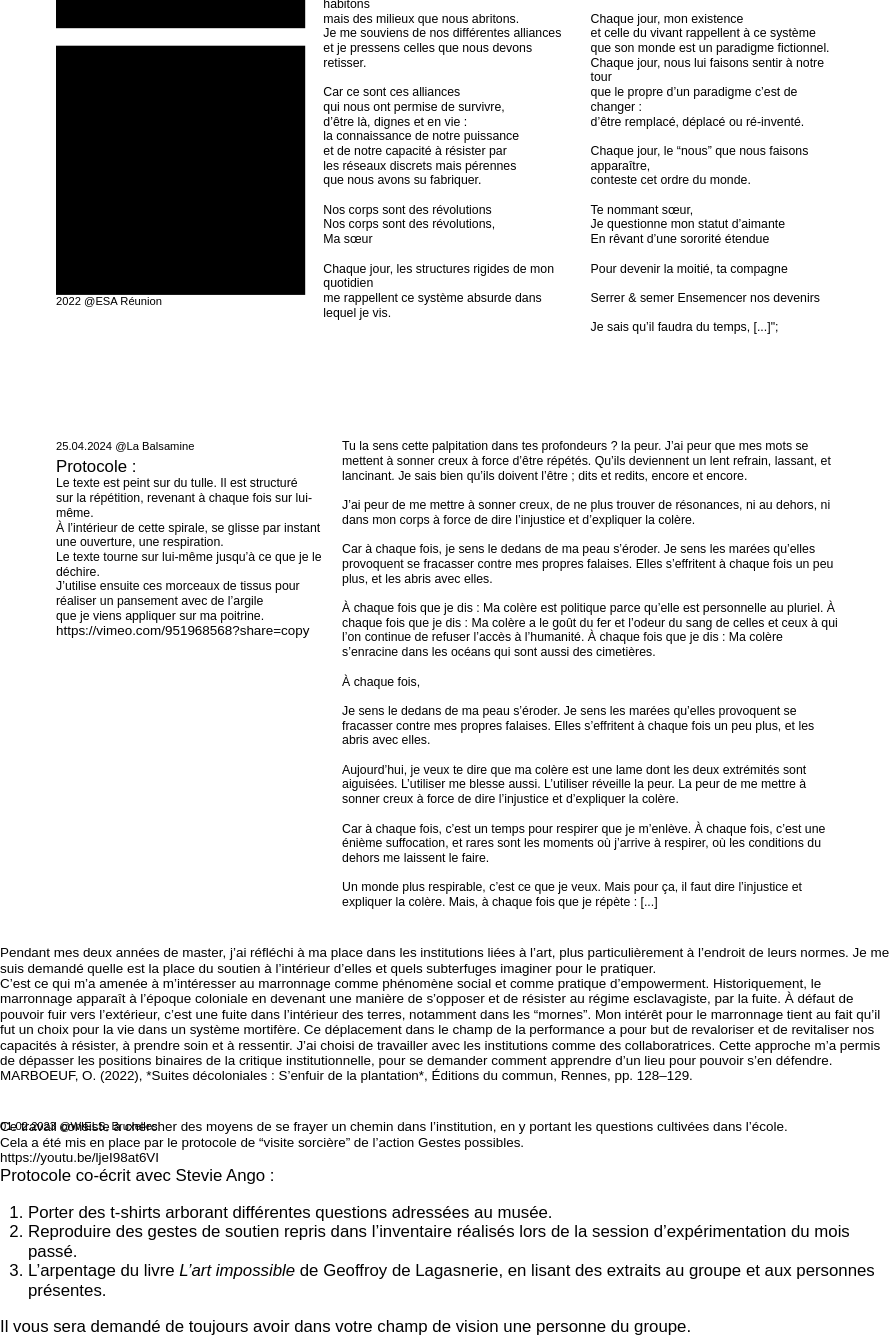
Repository: brunrhb/oce-p
Page: index.html
An editor plug-in stored every save of this project. The page is shown before and after a run of saves, followed by the edit.
The browser window is 1280 px wide. The pictures show the part of the page from y = 1186 to 3106 px (the page is 3951 px tall), at 70% of full size.

Above is the page before, as saved 2025-06-09 22:02:40.

### index.html
<!DOCTYPE html>
<html lang="fr">
<head>
  <meta charset="UTF-8">
  <meta name="viewport" content="width=device-width, initial-scale=1.0">
  <title>Grid 3 colonnes avec placeholders</title>
  <link rel="stylesheet" href="styles.css">
  <script defer src="content.js"></script>
</head>
<body>

<div class="allproject">

<section PROJET 1 LIASONS VEGETALES>

  <div class="p1">
    <div class="grid-p1s1" id="partie1">

<div class="col-p1s1-1">
  <div class="media-block-p1s1">
    <div class="placeholder-p1s1"></div>
    <p class="credit" data-content="p1s1-credit1"></p>
  </div>

  <div class="media-block-p1s1">
    <div class="placeholder-p1s1"></div>
    <p class="credit" data-content="p1s1-credit2"></p>
  </div>
</div>

    <div class="col-p1s1-2">
      <div class="media-block-p1s1">
        <div class="placeholder-p1s1"></div>
        <p class="credit" data-content="p1s1-credit3"></p>
      </div>
      <div class="media-block-p1s1">
        <div class="placeholder-p1s1"></div>
        <p class="credit" data-content="p1s1-credit4"></p>
      </div>
    </div>

    <div class="col-p1s1-3">
      <div class="media-block-p1s1">
        <div class="placeholder-p1s1"></div>
        <p class="credit" data-content="p1s1-credit5"></p>
      </div>
     <div class="text-block-p1s1">
       <p class="protocole-titre" data-content="p1s1-protocole-titre"></p>
       <p class="protocole-corps" data-content="p1s1-protocole-corps"></p>
    </div>

  </div>

    </div>
    <div class="grid-p1s2" id="partie2">

  <div class="col-p1s2-1">
    <div class="media-block-p1s2-1">
    <div class="placeholder-p1s1"></div>
      <div class="media-block-p1s2-2">
      <div class="placeholder-p1s1"></div>
      <p class="credit" data-content="p1s2-credit"></p>
    </div>
    </div>
  </div>

  <div class="col-p1s2-2">
      <div class="text-block-p1s2">
        <p class="extrait" data-content="p1s2-extrait1"></p>
      </div>
  </div>

  <div class="col-p1s2-3">
      <div class="text-block-p1s2">
        <p class="extrait" data-content="p1s2-extrait2"></p>
      </div>

  </div>



    </div>
  </div>

</section>

<section PROJET 2 PAENSER>

  <div class="p2">
    <div class="grid-p2">

       <div class="col-p2-1">
        <div class="media-block-p2">
          <div class="placeholder-p2"></div>
          <div class="credit" data-content="p2-credit"></div>
        </div>
        <div class="text-block-p2">
          <div class="protocole-titre" data-content="p2-protocole-titre"> </div>
          <div class="protocole-corps" data-content="p2-protocole-corps"> </div>
          <div class="lien" data-content="p2-lien"> </div>
        </div>
       </div>

       <div class="col-p2-2">
          <div class="extrait" data-content="p2-extrait"></div>
       </div>



    </div>
  </div>

</section>

<section RPOJET 3 DES NORMES AUX MORNES : MARRONNER EN SOI>

  <div class="p3">
    <div class="grid-p3">
      <div class="col-p3-1">
        <div class="text-block-p3-1">
          <div class="intro" data-content="p3-intro"></div>
          <div class="autre-corps" data-content="p3-autre-corps-1"> </div>
          <div class="biblio" data-content="p3-biblio"> </div>
        </div>
      </div>

      <div class="col-p3-2">
        <div class="text-block-p3-2">
          <div class="autre-corps" data-content="p3-autre-corps-1"> </div>
          <div class="media-block-p3">
            <div class="placeholder-p3"></div>
            <div class="placeholder-p3"></div>
          </div>

        </div>
      </div>

    </div>
  </div>



</section>

<section PROJET 4 GESTES POSSIBLEs>

<div class="p4">

<div class="grid-p4">

  <div class="col-p4-1">
    <div class="media-block-p4-1">
      <div class="credit" data-content="p4-credit"></div>
      <div class="placeholder-p4-1"></div>
    </div>
  </div>


  <div class="col-p4-2">
    <div class="placeholder-p4-2"></div>
    <div class="text-block-p4-1">
      <div class="intro" data-content="p4-intro"></div>
      <div class="autre-corps" data-content="p4-autre-corps-1"></div>
      <div class="lien" data-content="p4-lien"></div>
    </div>

  </div>


  <div class="col-p4-3">
    <div class="text-block-p4-2">
      <div class="protocole-titre" data-content="p4-protocole-titre"></div>
    </div>
  </div>

</div>

</div>

</section>

<section PROJET 5 LES MARGES FORCÉES>

  <div class="p5">
    <div class="grid-p5">

      <div class="col-p5-1">
        <div class="media-block-p5">
          <div class="placeholder-p5"></div>
          <div class="credit" data-content="p5-credit"></div>
        </div>
        <div class="text-block-p5-1">
        <div class="intro" data-content="p5-intro"></div>
        <div class="autre-corps" data-content="p5-autre-corps-1"></div>
        <div class="lien" data-content="p5-lien"></div>
        </div>
      </div>

      <div class="col-p5-2">
        <div class="extrait" data-content="p5-extrait"></div>
      </div>

    </div>
  </div>

</section>

<section PROJET 6 HIER C'EST DÉJÀ DEMAIN>

<div class="p6">
<div class="grid-p6">

  <div class="col-p6-1">
    <div class="media-block-p6-1">
      <div class="placeholder-p6-1"></div>
      <div class="credit" data-content="p6-credit-1"></div>
    </div>

    <div class="col-p6-2">
      <div class="autre-corps" data-content="p6-autre-corps-1"></div>
      <div class="text-block-p6-1">
        <div class="autre-corps" data-content="p6-autre-corps-2"></div>
        <div class="media-block-p6-2">
          <div class="placeholder-p6-2"></div>
          <div class="credit" data-content="p6-credit-2"></div>
        </div>
      </div>

    </div>

  </div>

</div>

</div>

</section>

<section PROJET 7 NOUS SOMMES LE PAYSAGE >

<div class="p7">

  <div class="grid-p7s1" id="partie1">

    <div class="col-p7s1">
      <div class="media-block-p7s1">
        <div class="placeholder-p7s1"></div>
        <div class="placeholder-p7s1"></div>
        <div class="placeholder-p7s1"></div>
        <div class="credit" data-content="p7s1-credit"></div>
      </div>

          <div class="col-p7s1">
        <div class="placeholder-p7s1"></div>
        <div class="placeholder-p7s1"></div>
        <div class="placeholder-p7s1"></div>
    </div>

              <div class="col-p7s1">
        <div class="placeholder-p7s1"></div>
        <div class="placeholder-p7s1"></div>
        <div class="placeholder-p7s1"></div>
    </div>

    <div class="grid-p7s2" id="partie2">

      <div class="row-p7s2-1">
        <div class="placeholder-p7s2"></div>
        <div class="placeholder-p7s2"></div>
        <div class="placeholder-p7s2"></div>
        <div class="media-block-p7s2">
          <div class="placeholder-p7s2"></div>
          <div class="credit" data-content="p7s2-credit-1"></div>
        </div>

      <div class="row-p7s2-2">
        <div class="text-block-p7s2-1">
          <div class="extrait" data-content="p7s2-extrait1"></div>
          <div class="credit" data-content="p7s2-credit-2"></div>
        </div>
        <div class="text-block-p7s2-2">
          <div class="extrait" data-content="p7s2-extrait2"></div>
        </div>
        <div class="text-block-p7s2-3">
          <div class="trait"></div>
          <div class="protocole-titre" data-content="p7s2-protocole-titre"></div>
          <div class="protocole-corps" data-content="p7s2-protocole-corps"></div>
        </div>
      </div>


      </div>
    </div>

  </div>

</div>

</section>

<section PROJET 8 NYAZE>

<div class="p8">

<div class="grid-p8">

  <div class="col-p8-1">
    <div class="text-block-p8">
      <div class="extrait" data-content="p8-extrait"></div>
      <div class="trait"></div>
      <div class="protocole-titre" data-content="p8-protocole-titre"></div>
      <div class="protocole-corps" data-content="p8-protocole-corps"></div>
    </div>
  </div>

  <div class="col-p8-2">
    <div class="media-block-p8">
      <div class="placeholder-p8"></div>
      <div class="credit" data-content="p8-credit"></div>
    </div>
  </div>

</div>

</div>

</section>

 </div>

</body>
</html>

### styles.css
body {
  margin: 0;
  font-family: sans-serif;
  font-size: clamp(0.9rem, 1.5vw, 1.2rem);
}

.allproject {
  display: flex;
  flex-direction: column;
  justify-content: flex-start;
  gap: 4vw;
}


/* #region PROJET1 LIASONS VEGETALES */
.p1 {
  display: flex;
  flex-direction: column;
  justify-content: flex-start;
  gap: 4vw;
}


/* #region slide1 */

/* 1 grille et colonnes */
.grid-p1s1 {
  display: grid;
  grid-template-columns: 1fr 1fr 1fr;
  padding-top: 5rem;
  padding-left: 5rem;
  padding-right: 5rem;
  column-gap: 2vw;
}

.col-p1s1-1 {
  display: flex;
  flex-direction: column;
  justify-content: flex-start;
  gap: 2vw;
  background-color: crimson;
}

.col-p1s1-2 {
  display: flex;
  flex-direction: column;
  justify-content: flex-start;
  gap: 2vw;
  background-color: royalblue;
}

.col-p1s1-3 {
  display: flex;
  flex-direction: column;
  justify-content: flex-start;
  gap: 2vw;
  background-color: seagreen;
}


/* 2 blocks et elements */
.media-block-p1s1 {
  display: block;
  width: 100%;
}

.placeholder-p1s1 {
  aspect-ratio: 1 / 1;
  width: 100%;
  background-color: black;
}

.credit {
  position: absolute;
  font-size: 1rem;
  line-height: 1.2;
  margin: 0;
  z-index: 10;
}

.text-block-p1s1 {
  display: flex;
  flex-direction: column;
  justify-content: flex-end;
  width: 100%;
  aspect-ratio: 1 / 1;
  background-color: white;
  padding: 0;
  margin: 0;
  gap: 0;
}

.protocole-titre {
  font-size: 1.5rem;
  margin: 0;
  padding: 0;
}

.protocole-corps {
  font-size: 1.1rem;
  margin: 0;
  padding: 0;
}

/* #endregion */


/* #region slide2 */

/* 1 grille et colonnes */
.grid-p1s2 {
  display: grid;
  grid-template-columns: 1fr 1fr 1fr;
  padding-bottom: 5rem;
  padding-left: 5rem;
  padding-right: 5rem;
  column-gap: 2vw;
}

.col-p1s2-1 {
  display: flex;
  flex-direction: column;
  justify-content: flex-start;
  gap: 20vw;
}

.col-p1s2-2 {
  display: flex;
}

.col-p1s2-3 {
  display: flex;
}


/* 2 blocks et elements */
.media-block-p1s2-1 {
  display: flex;
  flex-direction: column;
  gap: 2vw;
  position: relative;
  width: 100%;
}

.media-block-p1s2-2 {
  display: block;
  position: relative;
  width: 100%;
}

.text-block-p1s2 {
  gap: 0;
}

.extrait {
  font-size: 1.1rem;
}

/* #endregion */

/* #endregion */


/* #region P2 PAENSER */


.p2 {
  display: flex;
  flex-direction: column;
  justify-content: flex-start;
}

/* 1 grille et colonnes */
.grid-p2 {
  display: grid;
  grid-template-columns: 0.7fr 1.3fr;
  padding-left: 5rem;
  padding-right: 5rem;
  column-gap: 2vw;
}
.col-p2-1 {
  display: flex;
  flex-direction: column;
  justify-content: flex-start;
  gap: 2vw;
}
.col-p2-2 {
  display: flex;
  flex-direction: column;
  justify-content: flex-start;
  gap: 2vw;
}

/* 2 blocks et elements */
.media-block-p2 {
  display: block;
  width: 100%;
}
.placeholder-p2 {
}
.credit {
}
.text-block-p2 {
}
.protocole-titre {
}
.protocole-corps {
}
.lien {
}
.extrait {
}

/* #endregion */


/* #region P3 */

/* 1 grille et colonnes */
.grid-p3 {
}
.col-p3-1 {
}
.col-p3-2 {
}

/* 2 blocks et elements */
.text-block-p3-1 {
}
.text-block-p3-2 {
}
.intro {
}
.autre-corps {
}
.biblio {
}
.media-block-p3 {
}
.placeholder-p3 {
}

/* #endregion */


/* #region P4 */

/* 1 grille et colonnes */
.grid-p4 {
}
.col-p4-1 {
}
.col-p4-2 {
}
.col-p4-3 {
}

/* 2 blocks et elements */
.media-block-p4-1 {
}
.placeholder-p4-1 {
}
.placeholder-p4-2 {
}
.credit {
}
.text-block-p4-1 {
}
.intro {
}
.autre-corps {
}
.lien {
}
.text-block-p4-2 {
}
.protocole-titre {
}

/* #endregion */


/* #region P5 */

/* 1 grille et colonnes */
.grid-p5 {
}
.col-p5-1 {
}
.col-p5-2 {
}

/* 2 blocks et elements */
.media-block-p5 {
}
.placeholder-p5 {
}
.credit {
}
.text-block-p5-1 {
}
.intro {
}
.autre-corps {
}
.lien {
}
.extrait {
}

/* #endregion */


/* #region P6 */

/* 1 grille et colonnes */
.grid-p6 {
}
.col-p6-1 {
}
.col-p6-2 {
}

/* 2 blocks et elements */
.media-block-p6-1 {
}
.placeholder-p6-1 {
}
.credit {
}
.autre-corps {
}
.text-block-p6-1 {
}
.media-block-p6-2 {
}
.placeholder-p6-2 {
}

/* #endregion */

/* #region P7 */
/* #region P7S1 */

/* 1 grille et colonnes */
.grid-p7s1 {
}
.col-p7s1 {
}

/* 2 blocks et elements */
.media-block-p7s1 {
}
.placeholder-p7s1 {
}
.credit {
}

/* #endregion */


/* #region P7S2 */

/* 1 grille et colonnes */
.grid-p7s2 {
}
.row-p7s2-1 {
}
.row-p7s2-2 {
}

/* 2 blocks et elements */
.placeholder-p7s2 {
}
.media-block-p7s2 {
}
.credit {
}
.text-block-p7s2-1 {
}
.extrait {
}
.text-block-p7s2-2 {
}
.text-block-p7s2-3 {
}
.trait {
}
.protocole-titre {
}
.protocole-corps {
}

/* #endregion */
/* #endregion */


/* #region P8 */

/* 1 grille et colonnes */
.grid-p8 {
}
.col-p8-1 {
}
.col-p8-2 {
}

/* 2 blocks et elements */
.text-block-p8 {
}
.extrait {
}
.trait {
}
.protocole-titre {
}
.protocole-corps {
}
.media-block-p8 {
}
.placeholder-p8 {
}
.credit {
}

/* #endregion */

Loaded but not shown: content.js (183 lines, source omitted)

After the next 2 saves:
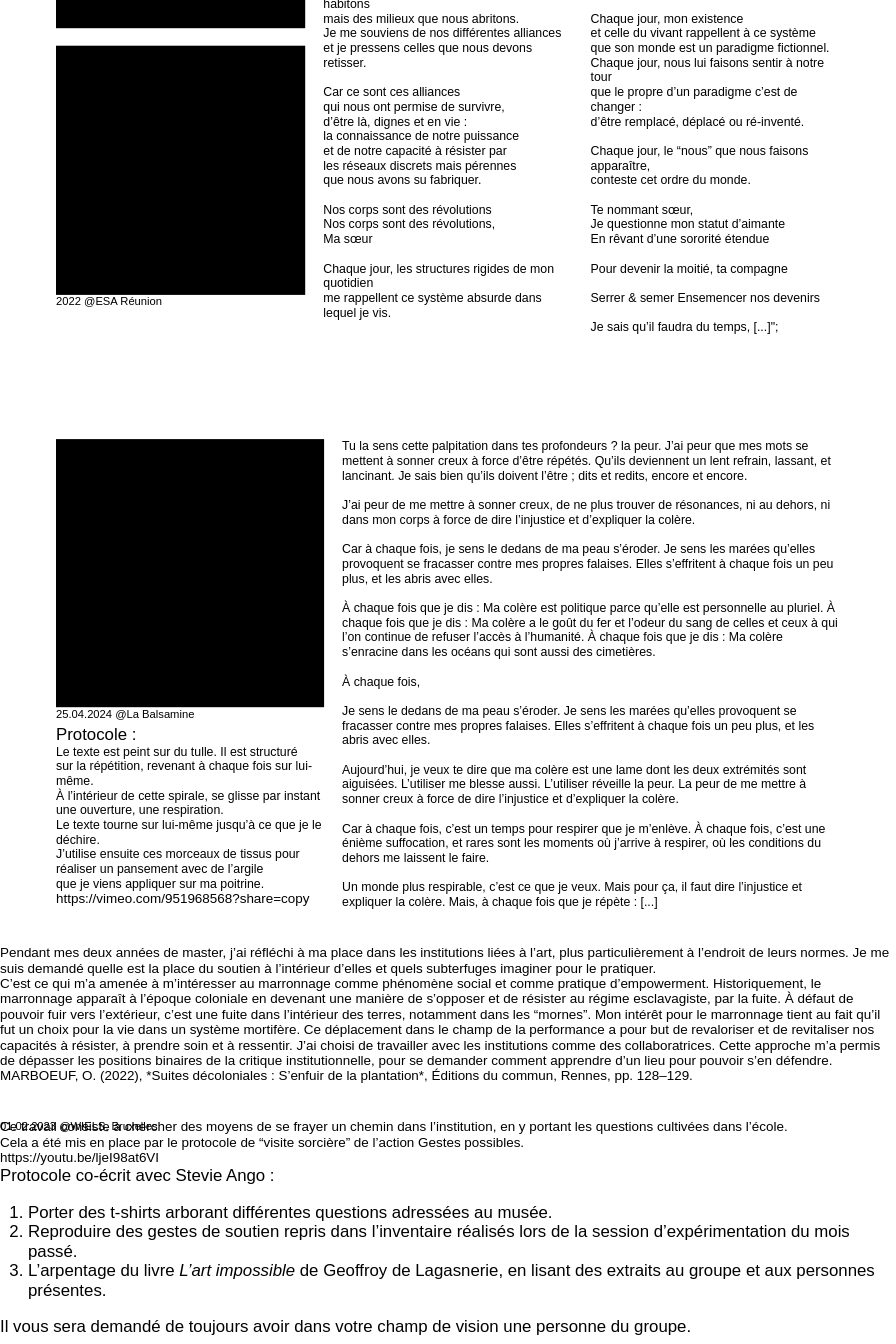
The 2 saves are shown as one change because they came seconds apart.
The last was saved 19 s later.
--- a/styles.css
+++ b/styles.css
@@ -197,6 +197,9 @@ body {
   width: 100%;
 }
 .placeholder-p2 {
+  aspect-ratio: 1 / 1;
+  width: 100%;
+  background-color: black;
 }
 .credit {
 }
